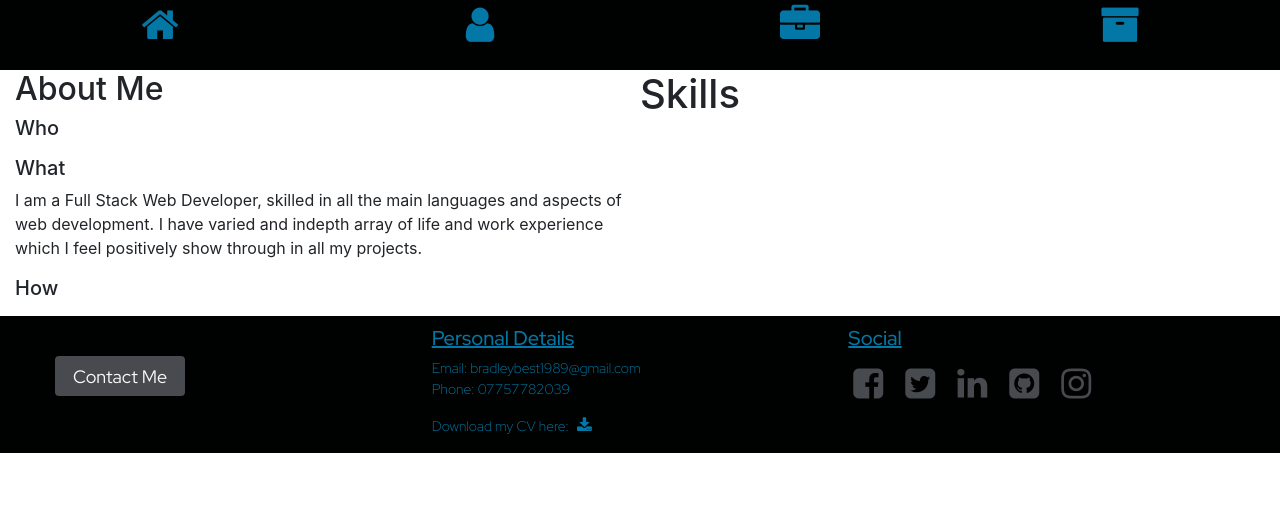
Repository: Brad000/Resume-project
Page: about-me.html
The author's editor kept a record of every edit. The page is drawn from the files as they stood at one moment, then again after the next edit.
The browser window is 1280 px wide. The pictures show the whole page.

Above is the page before.

### about-me.html
<!DOCTYPE html>
<html lang="en">

<head>
    <meta charset="UTF-8">
    <meta name="viewport" content="width=device-width, initial-scale=1.0">
    <meta http-equiv="X-UA-Compatible" content="ie=edge">
    <link rel="stylesheet" href="https://stackpath.bootstrapcdn.com/bootstrap/4.3.1/css/bootstrap.min.css" type="text/css" />
    <link rel="stylesheet" href="https://stackpath.bootstrapcdn.com/font-awesome/4.7.0/css/font-awesome.min.css" type="text/css" />
    <link rel="stylesheet" href="assets/css/style.css" type="text/css" />
    <link rel="stylesheet" href="https://cdnjs.cloudflare.com/ajax/libs/hover.css/2.3.1/css/hover-min.css" type="text/css" />
    <title>Bradley Best - Full Stack Web Developer</title>
</head>

<body>
    <!---------------------------NavBar------------------------------------>

    <header>
        <div class="row no-gutters">
            <div class="col-3 nav-item">
                <i class="fa fa-home"></i>
                <h5 id="nav-text">Home</h5>
            </div>
            <div class="col-3 nav-item">
                <i class="fa fa-user"></i>
                <h5 id="nav-text">About Me</h5>
            </div>
            <div class="col-3 nav-item">
                <i class="fa fa-briefcase"></i>
                <h5 id="nav-text">Work History</h5>
            </div>
            <div class="col-3 nav-item">
                <i class="fa fa-archive"></i>
                <h5 id="nav-text">Portfolio</h5>
            </div>
        </div>
    </header>
    <!-----------------------About Me Section------------------------------>

    <section class="container-fluid">
        <div class="row no-gutters">
            <div class="col-md-6">
                <h2>About Me</h2>
                <h5>Who</h5>
                <p></p>
                <h5>What</h5>
                <p>I am a Full Stack Web Developer, skilled in all the main languages and aspects of web development. I have varied and indepth array of life and work experience which I feel positively show through in all my projects.</p>
                <h5>How</h5>
                <p></p>
            </div>
            <div class="col-md-6">
                <h1>Skills</h1>
            </div>
        </div>
    </section>
    <!---------------------------Footer------------------------------------>

    <footer class="container-fluid">
        <div class="row no-gutters" id="footer-details">
            <div class="col-sm-4">
                <button type="button" class="btn btn-secondary contact-button" data-toggle="modal" data-target="#exampleModal">Contact Me</button>
            </div>
            <div class="col-sm-4 footer-headings">
                <h5 class="sub-headings">Personal Details</h5>
                <div class="key">
                    <p class="personal-info-text">
                        Email: bradleybest1989@gmail.com
                    </p>
                </div>
                <div class="personal-info-text">
                    <p>
                        Phone: 07757782039
                    </p>
                </div>
                <div class="personal-info-text">
                    <p class="cv-text">Download my CV here:
                        <span><a href="assets/cv/CV.pdf" target="_blank" class="cv-pdf"></a>
                        <i class="fa fa-download cv-link" aria-hidden="true"></i>
                        </span>
                    </p>
                </div>
            </div>
            <div class="col-sm-4">
                <h5 class="footer-headings sub-headings">Social</h5>
                <ul class="list-inline">
                    <li class="list-inline-item social-links">
                        <a target="_blank" href="https://www.facebook.com/profile.php?id=100010751790168">
                            <i class="fa fa-facebook-square" aria-hidden="true"></i>
                            <span class="sr-only">Facebook</span>
                        </a>
                    </li>
                    <li class="list-inline-item social-links">
                        <a target="_blank" href="https://twitter.com/BradleyBest28">
                            <i class="fa fa-twitter-square" aria-hidden="true"></i>
                            <span class="sr-only">Twitter</span>
                        </a>
                    </li>
                    <li class="list-inline-item social-links">
                        <a target="_blank" href="https://www.linkedin.com/in/bradley-best-b56072188/">
                            <i class="fa fa-linkedin" aria-hidden="true"></i>
                            <span class="sr-only">Linkedin</span>
                        </a>
                    </li>
                    <li class="list-inline-item social-links">
                        <a target="_blank" href="https://github.com/Brad000/Resume-project">
                            <i class="fa fa-github-square" aria-hidden="true"></i>
                            <span class="sr-only">GitHub</span>
                        </a>
                    </li>
                    <li class="list-inline-item social-links">
                        <a target="_blank" href="https://www.instagram.com/brad_best0/?hl=en">
                            <i class="fa fa-instagram" aria-hidden="true"></i>
                            <span class="sr-only">Instagram</span>
                        </a>
                    </li>
                </ul>
            </div>
        </div>
    </footer>
</body>

</html>

### assets/css/style.css
@import url('https://fonts.googleapis.com/css?family=Red+Hat+Display:100,200,300,400,500,600,700');

/*-------------------Nav----------------------*/

.background {
  height: 100vh;
  width: 100%;
}

.nav-item {
  height: 70px;
  background-color: #000201;
  text-align: center;
  padding: 0;
}

.fa-home,
.fa-user,
.fa-archive,
.fa-briefcase {
  font-size: 40px;
  color: #0378A6;
  padding: 5px;
}

/*-------------Text/Padding/Margin------------*/

#nav-text {
  font-family: 'Red Hat Display', sans-serif;
  font-size: 13px;
  font-weight: 600;
  color: #0378A6;
  opacity: 0;
  cursor: pointer;
  text-decoration: none;
  transition: opacity 0.5s ease-in-out;
  -moz-transition: opacity  0.5s ease-in-out;
  -webkit-transition: opacity 0.5s ease-in-out;
  -o-transition: opacity 0.5s ease-in-out;
}

#nav-text:hover {
  opacity: 1;
}

#nav-link {
  text-decoration: none;
}

.sub-headings {
  padding-top: 10px;
  text-decoration: underline;
}

.landing-name {
  position: absolute;
  top: 40%;
  left: 50%;
  transform: translate(-50%, -50%);
  color: #fafafa;
  font-family: 'Red Hat Display', sans-serif;
  font-weight: 100;
  padding-bottom: 20px;
}

.landing-text {
  position: absolute;
  top: 50%;
  left: 50%;
  transform: translate(-50%, -50%);
  color: #fafafa;
  font-family: 'Red Hat Display', sans-serif;
  font-weight: 400;
  padding-top: 5%;
}

/*------------About Me / SKills---------------*/





/*-------------------Footer-------------------*/

footer {
  background-color: #000201;
  color: #0378A6;
  min-height: 130px;
  margin: 0;
  font-size: 18px;
  font-family: 'Red Hat Display', sans-serif;
  font-weight: 300;

}

.contact-button {
  width: 130px;
  border: 0;
  height: 40px;
  margin: 40px;
  text-align: center;
  font-size: 18px;
  color: #fafafa;
  background: #474b4f;
  transition: background 0.5s ease-in-out;
  -moz-transition: background 0.5s ease-in-out;
  -webkit-transition: background 0.5s ease-in-out;
  -o-transition: background 0.5s ease-in-out;
}

.contact-button:hover {
  background-color: #04C4D9;
}

.personal-info-text {
  margin: 0;
  font-size: 14px;
  font-weight: 200;
}

.cv-link {
  margin-left: 5px;
  font-size: 16px;
  color: #0378A6;
  transition: color 0.5s ease-in-out;
  -moz-transition: color 0.5s ease-in-out;
  -webkit-transition: color 0.5s ease-in-out;
  -o-transition: color 0.5s ease-in-out;
}

.cv-link:hover {
  color: #025E73;
  cursor: pointer;
}

.social-links a {
  color: #474b4f;
  font-size: 35px;
  padding: 5px;
  transition: color 0.5s ease-in-out;
  -moz-transition: color 0.5s ease-in-out;
  -webkit-transition: color 0.5s ease-in-out;
  -o-transition: color 0.5s ease-in-out;
}

.social-links a:hover {
  color: #04C4D9;
}

/*----------------Media Queries---------------*/

@media(max-width: 575px) {
  .contact-button {
    margin: 10px 0px 0px 0px;
  }
}

@media(max-width: 575px) {
  .fa-home,
  .fa-user,
  .fa-archive,
  .fa-briefcase {
    font-size: 25px;
    padding: 10px;
  }
}

@media(max-width: 575px) {
  #nav-text {
    opacity: 1;
  }
}

@media(max-width: 330px) {
   .landing-text {
     padding-top: 20%;
   }
}

After the next edit:
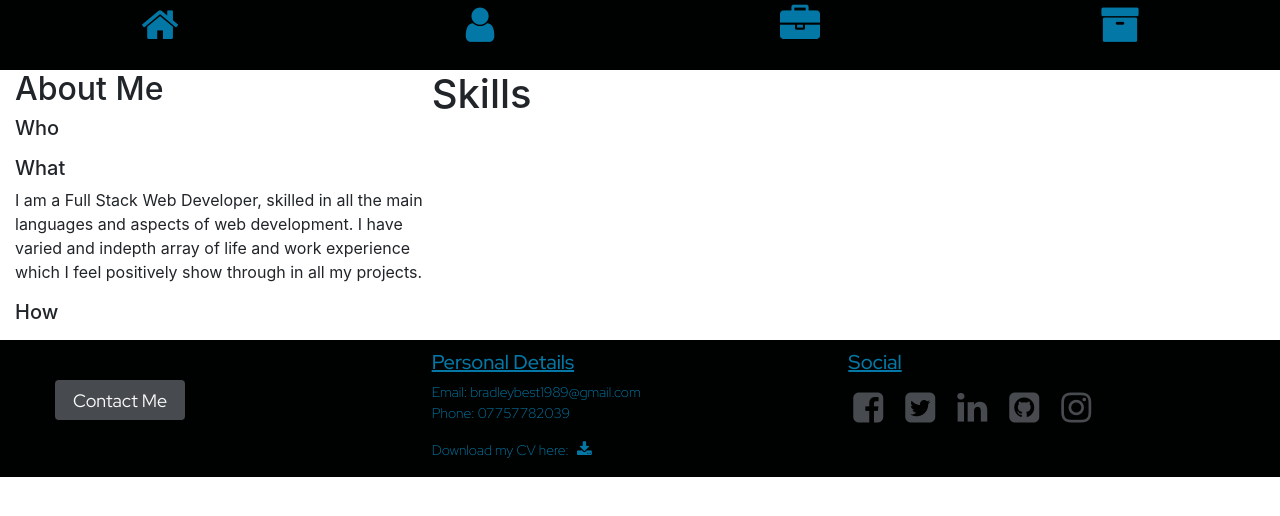
The edit:
--- a/about-me.html
+++ b/about-me.html
@@ -39,7 +39,7 @@
 
     <section class="container-fluid">
         <div class="row no-gutters">
-            <div class="col-md-6">
+            <div class="col-md-4">
                 <h2>About Me</h2>
                 <h5>Who</h5>
                 <p></p>
